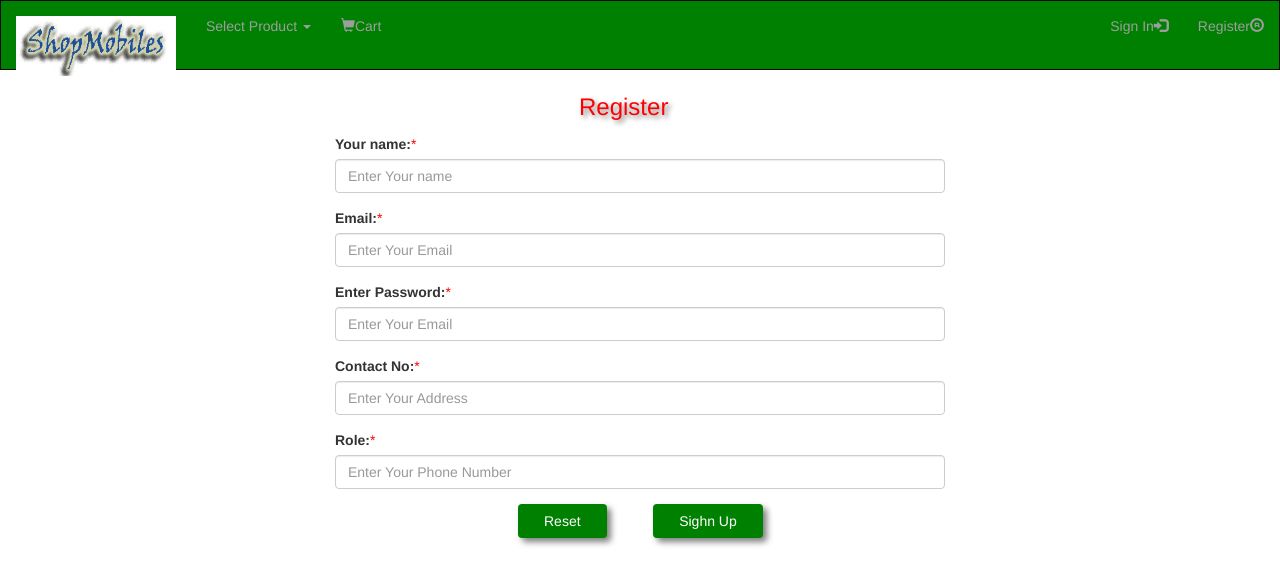
Repository: KoustabhBiswas/Final-Ecommerce-Project
Page: http://localhost/ecommerce1/WEB-INF/views/register.jsp
An editor plug-in stored every save of this project. The page is shown before and after the next save, followed by the edit.
The browser window is 1280 px wide. The pictures show the whole page.
Some web libraries are served in a nearby version. The page is served by Tomcat 9. Nobody is signed in. Other server files are loaded and not shown. The template is opened directly, without the code that normally fills it, so the values that code supplies are empty.

Above is the page before, as saved 2017-09-17 12:09:42.

### Final Ecommerce Project/Ecommerce_Project-master/project/ecommerce1/src/main/webapp/WEB-INF/views/register.jsp
<%@ page language="java" contentType="text/html; charset=ISO-8859-1"
    pageEncoding="ISO-8859-1"%>
    <%@ taglib uri="http://www.springframework.org/tags/form" prefix="form" %>
<!DOCTYPE html PUBLIC "-//W3C//DTD HTML 4.01 Transitional//EN" "http://www.w3.org/TR/html4/loose.dtd">
<html>
<head>
<meta http-equiv="Content-Type" content="text/html; charset=ISO-8859-1">
<title>Insert title here</title>
<link rel="stylesheet"
	href="https://cdnjs.cloudflare.com/ajax/libs/font-awesome/4.7.0/css/font-awesome.min.css">

<link rel="stylesheet"
	href="https://maxcdn.bootstrapcdn.com/bootstrap/3.3.7/css/bootstrap.min.css">
<script
	src="https://ajax.googleapis.com/ajax/libs/jquery/3.2.1/jquery.min.js"></script>
<script
	src="https://maxcdn.bootstrapcdn.com/bootstrap/3.3.7/js/bootstrap.min.js"></script>
<style>
.btn{
	box-shadow:4px 4px 6px grey;
	margin-right: 10%;
	padding-right: 25px;
	padding-left: 25px;
	background-color: green;
	color: white;
}
.btn:hover{
	box-shadow:2px 2px 4px grey;
	background-color: blue;
}
</style>
</head>
<body>
<div class="container-fluid">
	<%@ include file="shared/navbar.jsp" %>
	<div class="row" >

  		<div class="col-md-6" style="margin-left: 25%; ">
  				<div><p style="color: red; margin-left: 40%; font-size: 24px; text-shadow: 3px 3px 5px grey; ">Register</p></div>

  			<form:form action="userSubmit" modelAttribute="registration" method="post" class="form-group">
  				<div class="form-group">
  				<form:input type="hidden" path="userId" />
  					<form:label path="userName">Your name:</form:label><span style="color: red">*</span>
  					<form:input type="text" name="uname" path="userName" class="form-control" placeholder="Enter Your name" />
  				</div>

  				<div class="form-group">
  					<form:label path="emailId">Email:</form:label><span style="color: red">*</span>
  					<form:input type="text" path="emailId" class="form-control" placeholder="Enter Your Email" />
  				</div>
				<div class="form-group">
  					<form:label path="password">Enter Password:</form:label><span style="color: red">*</span>
  					<form:input type="password" path="password" class="form-control" placeholder="Enter Your Email" />
  				</div>

  				<div class="form-group">
  					<form:label path="contactNo">Contact No:</form:label><span style="color: red">*</span>
  					<form:input type="text" path="contactNo" class="form-control" placeholder="Enter Your Address" />
  				</div>

  				<div class="form-group">
  					<form:label path="role">Role:</form:label><span style="color: red">*</span>
  					<form:input type="text" path="role" class="form-control" placeholder="Enter Your Phone Number" />
  				</div>



  				<div style="margin-left: 30% ">
  					<input type="reset" value="Reset" class="btn" style="">

  					<input type="submit" value="Sighn Up" class="btn" style="  padding-right: 25px; padding-left: 25px;">
  				</div>

  			</form:form>

  		</div>

  	</div>
  	</div>
</body>
</html>

### Final Ecommerce Project/Ecommerce_Project-master/project/ecommerce1/src/main/webapp/WEB-INF/views/shared/navbar.jsp
<%@ page language="java" contentType="text/html; charset=ISO-8859-1"
	pageEncoding="ISO-8859-1" isELIgnored="false"%>
<%@ taglib uri="http://www.springframework.org/security/tags"
	prefix="sec"%>
<%@ taglib uri="http://java.sun.com/jsp/jstl/core" prefix="c"%>

<style>
nav {
	background-color: #1b6d85;
}
</style>

<div class="row" style="border-bottom-style: none;">
	<nav class="navbar navbar-inverse"
		style="background-color: green; border-radius: 0px; color: white; height:70px">
		<div class="container-fluid">
			<div class="navbar-header" >
				<a class="navbar-brand" href="home" ><img
					src="<c:url value="/resources/images/shopmobiles4.jpg" />" height=60px width=160px style="margin-bottom:1%"></a>
			</div>
			<ul class="nav navbar-nav">

				<li class="dropdown"><a class="dropdown-toggle"
					data-toggle="dropdown" href="#">Select Product <span
						class="caret"></span></a>
					<ul class="dropdown-menu">
						<li><a href="${pageContext.request.contextPath}/samsung">Samsung</a></li>
						<li><a href="${pageContext.request.contextPath}">Nokia</a></li>
						<li><a href="#">HTC</a></li>
					</ul></li>

				<li><a href="/ecommerce1/user/view/cart"><span
						class="glyphicon glyphicon-shopping-cart"></span>Cart</a></li>

			</ul>
			<ul class="nav navbar-nav navbar-right">
				<sec:authorize access="hasAuthority('Admin')">
					<li class="dropdown"><a class="dropdown-toggle"
						data-toggle="dropdown" href="#">Admin <span class="caret"></span></a>
						<ul class="dropdown-menu">
							<li><a href="admin/product">Product</a></li>
							<li><a href="admin/supplier">Supplier</a></li>

						</ul></li>
				</sec:authorize>
				<sec:authorize access="isAnonymous()">
					<li><a href="login">Sign In<span
							class="glyphicon glyphicon-log-in"></span></a></li>
				</sec:authorize>
				<sec:authorize access="isAuthenticated()">
					<li><a href="/ecommerce1/logout">LOGOUT</a><span>${name}</span></li>
				</sec:authorize>
				<li><a href="registerpage">Register<span
						class="glyphicon glyphicon-registration-mark"></span></a>${username}</li>
			</ul>
		</div>
	</nav>
</div>

After the next save:
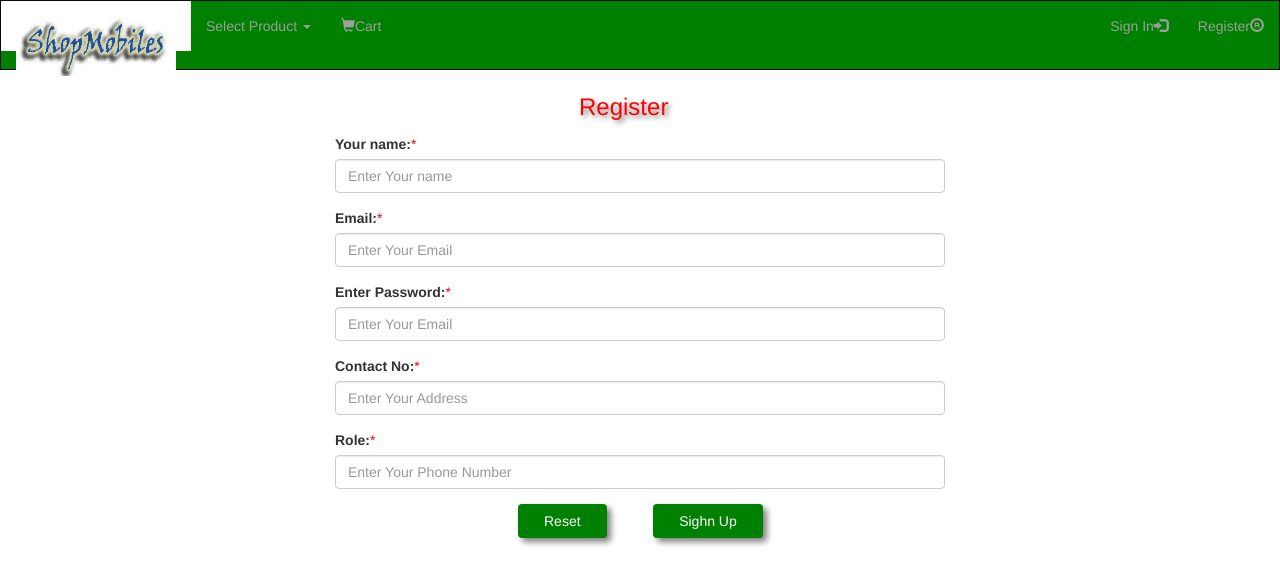
Saved 67 s later.
--- a/Final Ecommerce Project/Ecommerce_Project-master/project/ecommerce1/src/main/webapp/WEB-INF/views/shared/navbar.jsp
+++ b/Final Ecommerce Project/Ecommerce_Project-master/project/ecommerce1/src/main/webapp/WEB-INF/views/shared/navbar.jsp
@@ -15,7 +15,7 @@ nav {
 		style="background-color: green; border-radius: 0px; color: white; height:70px">
 		<div class="container-fluid">
 			<div class="navbar-header" >
-				<a class="navbar-brand" href="home" ><img
+				<a class="navbar-brand" href="home" style="background-color:white; right:5%;"><img
 					src="<c:url value="/resources/images/shopmobiles4.jpg" />" height=60px width=160px style="margin-bottom:1%"></a>
 			</div>
 			<ul class="nav navbar-nav">
